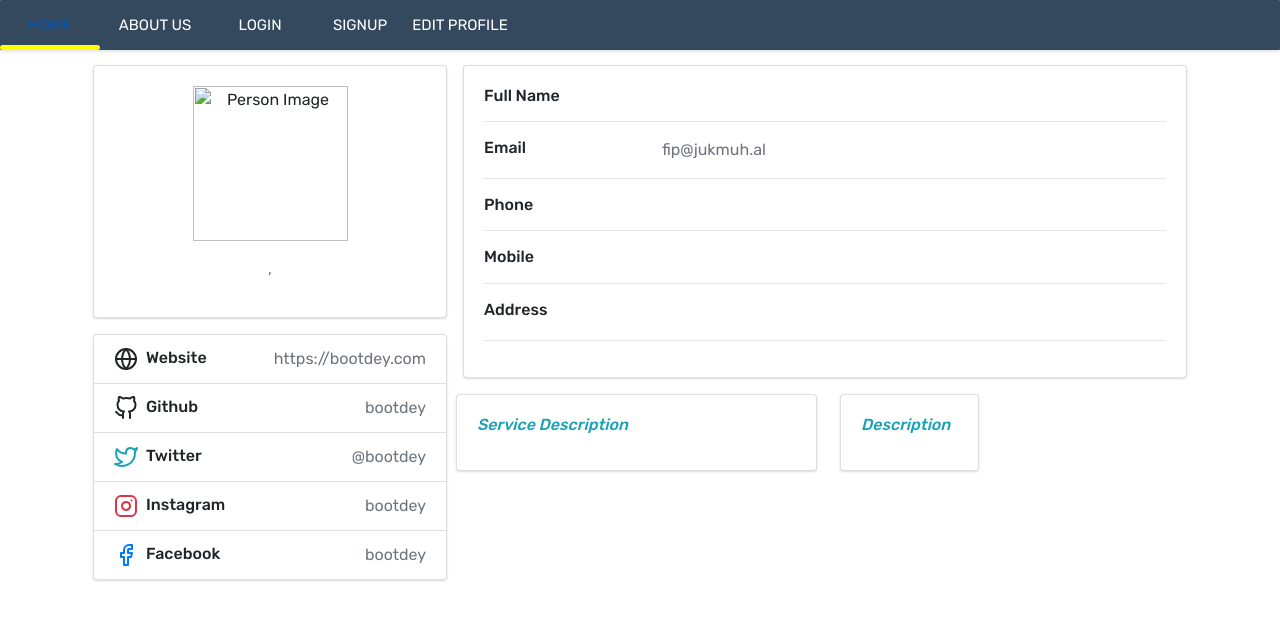
Repository: Chitti-g-k/Paw-Takers
Page: templates/profilepage.html
The author's editor kept a copy of each file at every save. The page is drawn from the files as they stood at one save, then again after the next save.
The browser window is 1280 px wide. The pictures show the whole page.
The template is drawn by Django 4.2. The application's start-up code is not run. The template is opened directly, without the code that normally fills it, so the values that code supplies are empty.

Above is the page before, as saved 2023-07-16 08:52:30.

After the next save:
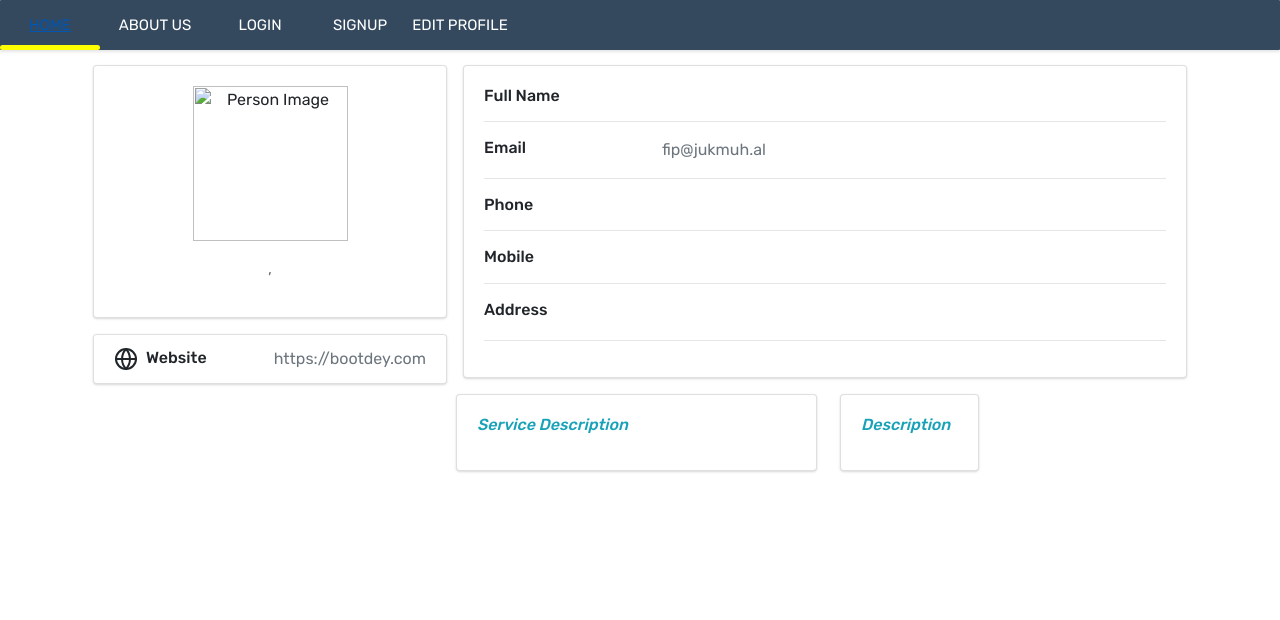
Saved 40 s later.
--- a/templates/profilepage.html
+++ b/templates/profilepage.html
@@ -228,22 +228,7 @@
                             <h6 class="mb-0"><svg xmlns="http://www.w3.org/2000/svg" width="24" height="24" viewBox="0 0 24 24" fill="none" stroke="currentColor" stroke-width="2" stroke-linecap="round" stroke-linejoin="round" class="feather feather-globe mr-2 icon-inline"><circle cx="12" cy="12" r="10"></circle><line x1="2" y1="12" x2="22" y2="12"></line><path d="M12 2a15.3 15.3 0 0 1 4 10 15.3 15.3 0 0 1-4 10 15.3 15.3 0 0 1-4-10 15.3 15.3 0 0 1 4-10z"></path></svg>Website</h6>
                             <span class="text-secondary">https://bootdey.com</span>
                           </li>
-                          <li class="list-group-item d-flex justify-content-between align-items-center flex-wrap">
-                            <h6 class="mb-0"><svg xmlns="http://www.w3.org/2000/svg" width="24" height="24" viewBox="0 0 24 24" fill="none" stroke="currentColor" stroke-width="2" stroke-linecap="round" stroke-linejoin="round" class="feather feather-github mr-2 icon-inline"><path d="M9 19c-5 1.5-5-2.5-7-3m14 6v-3.87a3.37 3.37 0 0 0-.94-2.61c3.14-.35 6.44-1.54 6.44-7A5.44 5.44 0 0 0 20 4.77 5.07 5.07 0 0 0 19.91 1S18.73.65 16 2.48a13.38 13.38 0 0 0-7 0C6.27.65 5.09 1 5.09 1A5.07 5.07 0 0 0 5 4.77a5.44 5.44 0 0 0-1.5 3.78c0 5.42 3.3 6.61 6.44 7A3.37 3.37 0 0 0 9 18.13V22"></path></svg>Github</h6>
-                            <span class="text-secondary">bootdey</span>
-                          </li>
-                          <li class="list-group-item d-flex justify-content-between align-items-center flex-wrap">
-                            <h6 class="mb-0"><svg xmlns="http://www.w3.org/2000/svg" width="24" height="24" viewBox="0 0 24 24" fill="none" stroke="currentColor" stroke-width="2" stroke-linecap="round" stroke-linejoin="round" class="feather feather-twitter mr-2 icon-inline text-info"><path d="M23 3a10.9 10.9 0 0 1-3.14 1.53 4.48 4.48 0 0 0-7.86 3v1A10.66 10.66 0 0 1 3 4s-4 9 5 13a11.64 11.64 0 0 1-7 2c9 5 20 0 20-11.5a4.5 4.5 0 0 0-.08-.83A7.72 7.72 0 0 0 23 3z"></path></svg>Twitter</h6>
-                            <span class="text-secondary">@bootdey</span>
-                          </li>
-                          <li class="list-group-item d-flex justify-content-between align-items-center flex-wrap">
-                            <h6 class="mb-0"><svg xmlns="http://www.w3.org/2000/svg" width="24" height="24" viewBox="0 0 24 24" fill="none" stroke="currentColor" stroke-width="2" stroke-linecap="round" stroke-linejoin="round" class="feather feather-instagram mr-2 icon-inline text-danger"><rect x="2" y="2" width="20" height="20" rx="5" ry="5"></rect><path d="M16 11.37A4 4 0 1 1 12.63 8 4 4 0 0 1 16 11.37z"></path><line x1="17.5" y1="6.5" x2="17.51" y2="6.5"></line></svg>Instagram</h6>
-                            <span class="text-secondary">bootdey</span>
-                          </li>
-                          <li class="list-group-item d-flex justify-content-between align-items-center flex-wrap">
-                            <h6 class="mb-0"><svg xmlns="http://www.w3.org/2000/svg" width="24" height="24" viewBox="0 0 24 24" fill="none" stroke="currentColor" stroke-width="2" stroke-linecap="round" stroke-linejoin="round" class="feather feather-facebook mr-2 icon-inline text-primary"><path d="M18 2h-3a5 5 0 0 0-5 5v3H7v4h3v8h4v-8h3l1-4h-4V7a1 1 0 0 1 1-1h3z"></path></svg>Facebook</h6>
-                            <span class="text-secondary">bootdey</span>
-                          </li>
+
                         </ul>
                       </div>
                     </div>
